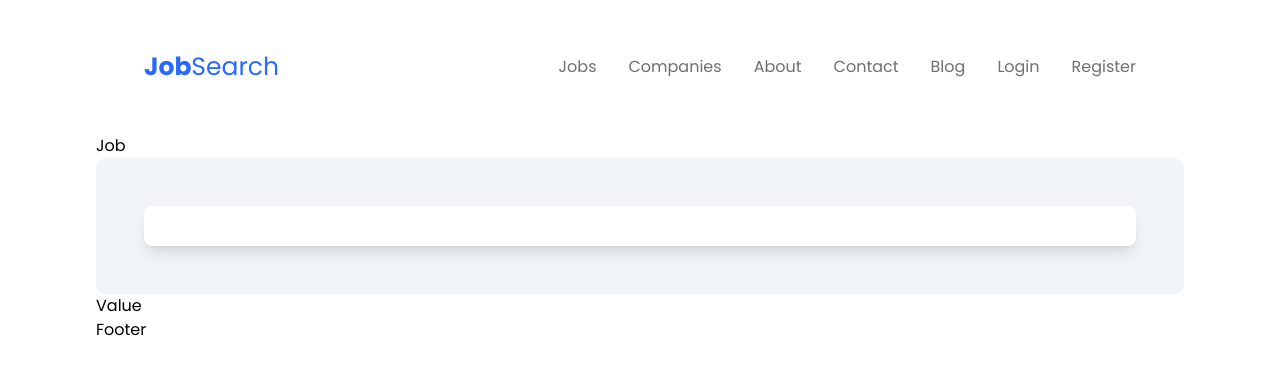
Repository: countaustin1990/Job-Search-website
Page: / (app in vite-project/)
These files come from the project's save history. The page is drawn as it stood at one moment and after the next save; the edit follows.
The browser window is 1280 px wide. The pictures show the whole page.
The project was rebuilt for these pictures with package versions that can differ from the ones it lists, and the page was loaded fresh each time. Also part of the build but not shown: vite-project/vite.config.js.

Above is the page before, as saved 2023-08-12 15:10:10.

After the next save:
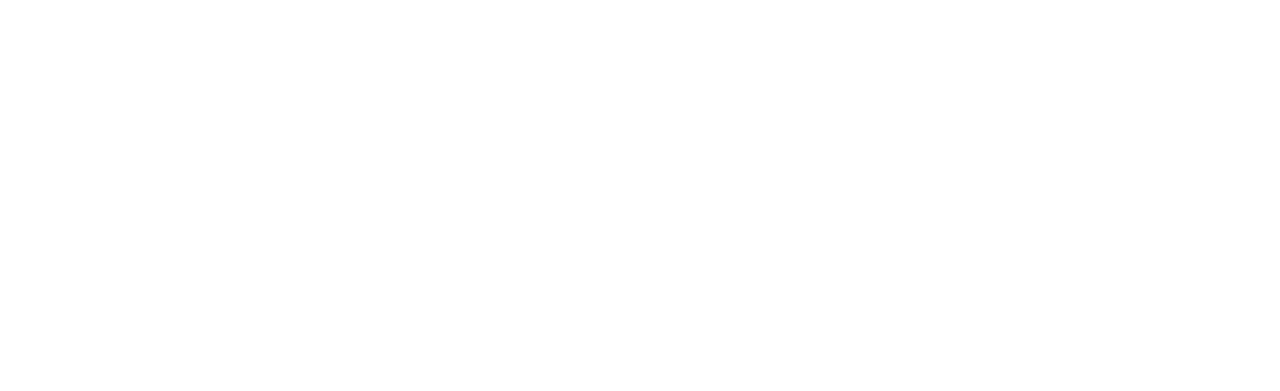
Console error: ReferenceError: AiOutlineSearch is not defined
Saved 5 min 27 s later.
--- a/vite-project/src/components/Search.jsx
+++ b/vite-project/src/components/Search.jsx
@@ -4,7 +4,9 @@
             <form action=''>
                 <div className='firstDiv flex justified-between items-center rounded-[8px] gap-[10px] bg-white p-5 shadow-lg shadow-greyIsh-700'>
                     <div className='flex gap-2 items-center'>
-
+                       <div className="flex gap-2 items-center">
+                            <AiOutlineSearch/>
+                        </div>
                     </div>
                 </div>
             </form>

After the save that followed:
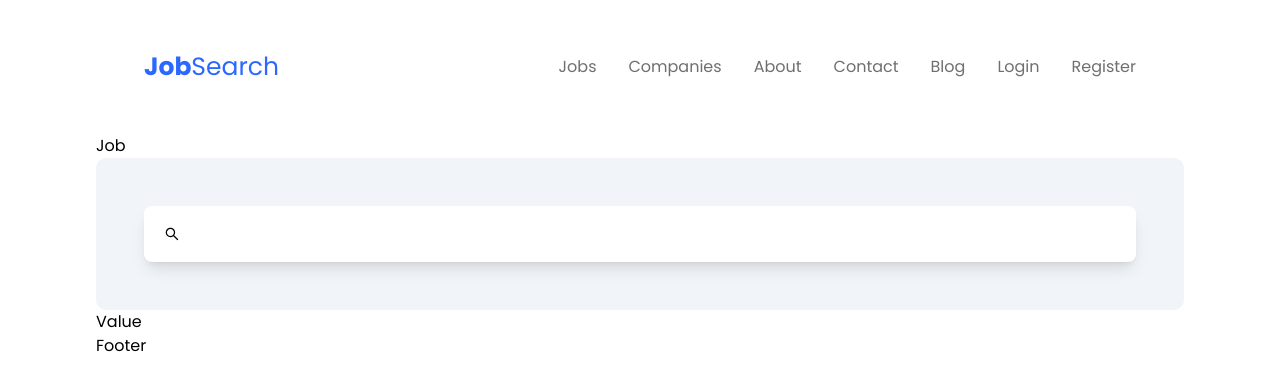
The error is gone.
Saved 71 s later.
--- a/vite-project/src/components/Search.jsx
+++ b/vite-project/src/components/Search.jsx
@@ -1,3 +1,5 @@
+import { AiOutlineSearch } from 'react-icons/ai'
+
 const Search = () => {
     return(
         <div className='SearchDiv grid gp-10 bg-greyIsh rounded-[10px] p-[3rem]'>
